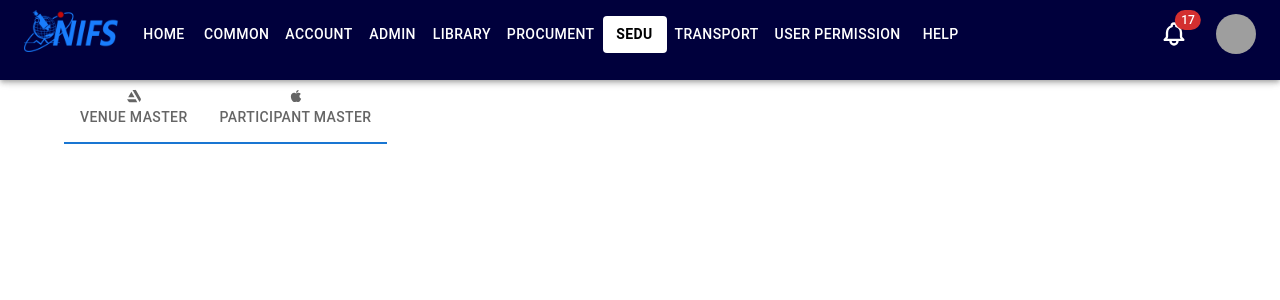
Repository: virangaj/NIFS-WebApp
Page: /sedu (app in client/)
The author's editor kept a copy of each file at every save. The page is drawn from the files as they stood at one save, then again after the next save.
The browser window is 1280 px wide. The pictures show the whole page.
Pictures or frames that could not be fetched are drawn as grey boxes. The project was rebuilt for these pictures with package versions that can differ from the ones it lists, and the page was loaded fresh each time. Also part of the build but not shown: client/src/pages/Login.tsx, client/src/pages/Home.tsx, client/src/components/Transport/shared/TransportNavbar.js, client/src/pages/TransportMainPage.tsx, client/src/pages/CommonMainPage.tsx, client/src/pages/AccountMainPage.tsx, client/src/pages/AdminMainPage.tsx, client/src/pages/LibraryMainPage.js and 4 more.

Above is the page before, as saved 2022-07-27 00:09:38.

### client/public/index.html
<!DOCTYPE html>
<html lang="en">
	<head>
		<meta charset="utf-8" />
		<link rel="icon" href="nifs_logo.png" />
		<meta name="viewport" content="width=device-width, initial-scale=1" />
		<meta name="theme-color" content="#000000" />
		<meta
			name="description"
			content="Web site created using create-react-app"
		/>
		<link rel="apple-touch-icon" href="%PUBLIC_URL%/logo192.png" />
		<!--
      manifest.json provides metadata used when your web app is installed on a
      user's mobile device or desktop. See https://developers.google.com/web/fundamentals/web-app-manifest/
    -->
		<link rel="manifest" href="%PUBLIC_URL%/manifest.json" />
		<!--
      Notice the use of %PUBLIC_URL% in the tags above.
      It will be replaced with the URL of the `public` folder during the build.
      Only files inside the `public` folder can be referenced from the HTML.

      Unlike "/favicon.ico" or "favicon.ico", "%PUBLIC_URL%/favicon.ico" will
      work correctly both with client-side routing and a non-root public URL.
      Learn how to configure a non-root public URL by running `npm run build`.
    -->
		<link
			href="https://fonts.googleapis.com/css?family=Poppins"
			rel="stylesheet"
		/>
		<title>NIFS Dashboard</title>
	</head>
	<body>
		<noscript>You need to enable JavaScript to run this app.</noscript>
		<div id="root"></div>
		<!--
      This HTML file is a template.
      If you open it directly in the browser, you will see an empty page.

      You can add webfonts, meta tags, or analytics to this file.
      The build step will place the bundled scripts into the <body> tag.

      To begin the development, run `npm start` or `yarn start`.
      To create a production bundle, use `npm run build` or `yarn build`.
    -->
	</body>
</html>

### client/src/index.css
* {
  margin: 0;
}

body {
  font-family: 'Poppins';
  -webkit-font-smoothing: antialiased;
  -moz-osx-font-smoothing: grayscale;
}

:root {
  --main-navbar-back: #00003c;

}


.nav-logo {
  width: 100px;
  height: auto;
}

/* main navbar */
.main-navbar {
  background-color: var(--main-navbar-back) !important;
  width: 100% !important;
  height: 80px !important;

}



/* secondary navbar */
.secondary-navbar {
  margin-top: 10vh !important;
  margin: auto;
}

/* body content */
.body-content {
  margin: auto;
  width: 90%;
  margin-top: 10vh;

}

.sub-body-content {
  margin: auto;
  width: 90%;
  margin-top: 3vh;
}

### client/src/App.tsx
import React, { useEffect } from 'react';
import Navbar from './components/shared/Navbar';
import Login from './pages/Login'
import { BrowserRouter as Router, Route, Routes } from 'react-router-dom'
import Home from './pages/Home';
import TransportMainPage from './pages/TransportMainPage';
import CommonMainPage from './pages/CommonMainPage';
import AccountMainPage from './pages/AccountMainPage';
import AdminMainPage from './pages/AdminMainPage';
import LibraryMainPage from './pages/LibraryMainPage';
import ProcumentMainPage from './pages/ProcumentMainPage';
import SeduMainPage from './pages/SeduMainPage';
import UserPermissionMainPage from './pages/UserPermissionMainPage';
import NotificationMainPage from './pages/NotificationMainPage';
import HelpMainPage from './pages/HelpMainPage';

function App() {


  return (
    <Router>
      <Navbar />
      <Routes>

        <Route path="/login" element={<Login />} />
        <Route path="/" element={<Home />} />
        <Route path="/common/*" element={<CommonMainPage />} />
        <Route path="/account/*" element={<AccountMainPage />} />
        <Route path="/admin/*" element={<AdminMainPage />} />
        <Route path="/library/*" element={<LibraryMainPage />} />
        <Route path="/procument/*" element={<ProcumentMainPage />} />
        <Route path="/sedu/*" element={<SeduMainPage />} />
        <Route path="/transport/*" element={<TransportMainPage />} />
        <Route
          path="/user-permission/*"
          element={<UserPermissionMainPage />}
        />
        <Route
          path="/notification/*"
          element={<NotificationMainPage />}
        />
        <Route path="/help/*" element={<HelpMainPage />} />
      </Routes>


    </Router>
  );
}

export default App;

### client/src/components/shared/Navbar.tsx
import * as React from 'react';
import AppBar from '@mui/material/AppBar';
import Box from '@mui/material/Box';
import Toolbar from '@mui/material/Toolbar';
import IconButton from '@mui/material/IconButton';
import Typography from '@mui/material/Typography';
import Menu from '@mui/material/Menu';
import Container from '@mui/material/Container';
import Avatar from '@mui/material/Avatar';
import Button from '@mui/material/Button';
import Tooltip from '@mui/material/Tooltip';
import MenuItem from '@mui/material/MenuItem';
import { HiMenuAlt2, HiOutlineBell } from "react-icons/hi";
import Badge from '@mui/material/Badge';
import Logo from '../../images/nifs_logo.png'
import { Link, useLocation } from 'react-router-dom';
const pages = [
    {
        id: 0,
        title: 'Home',
        link: '/',
    },
    {
        id: 1,
        title: 'Common',
        link: '/common',
    },
    {
        id: 2,
        title: 'Account',
        link: '/account',
    },
    {
        id: 3,
        title: 'Admin',
        link: '/admin',
    },
    {
        id: 4,
        title: 'Library',
        link: '/library',
    },
    {
        id: 5,
        title: 'Procument',
        link: '/procument',
    },
    {
        id: 6,
        title: 'SEDU',
        link: '/sedu',
    },
    {
        id: 7,
        title: 'Transport',
        link: '/transport',
    },
    {
        id: 8,
        title: 'User Permission',
        link: '/user-permission',
    },
    // {
    //     id: 9,
    //     title: 'Notification',
    //     link: '/notification',
    // },
    {
        id: 10,
        title: 'Help',
        link: '/help',
    },
];
const settings = [
    {
        id: 0,
        title: 'Login',
        link: '/login',
    },
];
const Navbar = () => {

    const location: any = useLocation();
    console.log(location.pathname.split('/')[1])


    const [anchorElNav, setAnchorElNav] = React.useState<null | HTMLElement>(null);
    const [anchorElUser, setAnchorElUser] = React.useState<null | HTMLElement>(null);

    const handleOpenNavMenu = (event: React.MouseEvent<HTMLElement>) => {
        setAnchorElNav(event.currentTarget);
    };
    const handleOpenUserMenu = (event: React.MouseEvent<HTMLElement>) => {
        setAnchorElUser(event.currentTarget);
    };

    const handleCloseNavMenu = () => {
        setAnchorElNav(null);
    };

    const handleCloseUserMenu = () => {
        setAnchorElUser(null);
    };

    return (
        <AppBar position="fixed" className="main-navbar">
            <Container maxWidth="xl">
                <Toolbar disableGutters>
                    {/*Responsive view start here  */}
                    <Box sx={{ display: { xs: 'none', md: 'flex' }, mr: 1 }}>
                        <Link to='/'>
                            <img src={Logo} alt="logo" className="nav-logo" />
                        </Link>
                    </Box>


                    <Box sx={{ flexGrow: 1, display: { xs: 'flex', md: 'none' } }}>
                        <IconButton
                            size="large"
                            aria-label="account of current user"
                            aria-controls="menu-appbar"
                            aria-haspopup="true"
                            onClick={handleOpenNavMenu}
                            color="inherit"
                        >
                            <HiMenuAlt2 />
                        </IconButton>
                        <Menu
                            id="menu-appbar"
                            anchorEl={anchorElNav}
                            anchorOrigin={{
                                vertical: 'bottom',
                                horizontal: 'left',
                            }}
                            keepMounted
                            transformOrigin={{
                                vertical: 'top',
                                horizontal: 'left',
                            }}
                            open={Boolean(anchorElNav)}
                            onClose={handleCloseNavMenu}
                            sx={{
                                display: { xs: 'block', md: 'none' },
                            }}
                        >
                            {pages && pages.map((page) => (
                                location.pathname.split('/')[1] === page.link.split('/')[1] ?
                                    <Link to={page.link} style={{ textDecoration: 'none' }} >
                                        <Button
                                            key={page.id}
                                            onClick={handleCloseNavMenu}
                                            sx={{ my: 2, color: 'white', display: 'block' }}
                                            style={{ backgroundColor: '#000', color: '#fff', fontWeight: 700 }}
                                        >
                                            {page.title}
                                        </Button>
                                    </Link>
                                    :
                                    <Link to={page.link} style={{ textDecoration: 'none' }} >
                                        <Button
                                            key={page.id}
                                            onClick={handleCloseNavMenu}
                                            sx={{ my: 2, color: 'white', display: 'block' }}
                                            style={{ backgroundColor: '#fff', color: '#000' }}
                                        >
                                            {page.title}
                                        </Button>
                                    </Link>
                            ))}
                        </Menu>
                    </Box>
                    {/* Responsive view ends here */}

                    {/* Full width starts here */}
                    <Box
                        sx={{
                            mr: 2,
                            display: { xs: 'flex', md: 'none' },
                            flexGrow: 1,
                        }}
                    >
                        <Link to='/'>
                            <img src={Logo} alt="logo" className="nav-logo" />
                        </Link>
                    </Box>

                    <Box sx={{ flexGrow: 1, display: { xs: 'none', md: 'flex' } }}>
                        {pages.map((page) => (
                            location.pathname.split('/')[1] === page.link.split('/')[1] ?
                                <Link to={page.link} style={{ textDecoration: 'none' }} >
                                    <Button
                                        key={page.id}
                                        onClick={handleCloseNavMenu}
                                        sx={{ my: 2, color: 'white', display: 'block' }}
                                        style={{ backgroundColor: '#fff', color: '#000', fontWeight: 700 }}


                                    >
                                        {page.title}
                                    </Button>
                                </Link>
                                :
                                <Link to={page.link} style={{ textDecoration: 'none' }} >
                                    <Button
                                        key={page.id}
                                        onClick={handleCloseNavMenu}
                                        sx={{ my: 2, color: 'white', display: 'block' }}

                                    >
                                        {page.title}
                                    </Button>
                                </Link>
                        ))}
                    </Box>
                    <IconButton
                        size="large"
                        aria-label="show 17 new notifications"
                        color="inherit"
                        sx={{ mr: 2 }}
                    >
                        <Badge badgeContent={17} color="error">
                            <HiOutlineBell />
                        </Badge>
                    </IconButton>
                    <Box sx={{ flexGrow: 0 }}>
                        <Tooltip title="Open settings">
                            <IconButton onClick={handleOpenUserMenu} sx={{ p: 0 }}>
                                <Avatar alt="Remy Sharp" src="/static/images/avatar/2.jpg" />
                            </IconButton>
                        </Tooltip>
                        <Menu
                            sx={{ mt: '45px' }}
                            id="menu-appbar"
                            anchorEl={anchorElUser}
                            anchorOrigin={{
                                vertical: 'top',
                                horizontal: 'right',
                            }}
                            keepMounted
                            transformOrigin={{
                                vertical: 'top',
                                horizontal: 'right',
                            }}
                            open={Boolean(anchorElUser)}
                            onClose={handleCloseUserMenu}
                        >
                            {settings && settings.map((setting) => (
                                <MenuItem key={setting.id} onClick={handleCloseUserMenu}>
                                    <Typography textAlign="center">{setting.title}</Typography>
                                </MenuItem>
                            ))}
                        </Menu>
                    </Box>
                </Toolbar>
            </Container>
        </AppBar>
    );
};
export default Navbar;

### client/src/pages/SeduMainPage.tsx
import React from 'react';
import { Route, Routes } from 'react-router-dom';
import SeduSecondaryNavbar from '../components/sedu/SeduSecondaryNavbar';
import SecondaryNavbar from '../components/shared/SecondaryNavbar';


// sedu main page where all other section of sedu department can be access from here
function SeduMainPage() {

	return <div>
		<SeduSecondaryNavbar />
		<div className="sub-body-content">
			<Routes>
				{/* <Route path="/" element={<NewRequest />} />
					<Route path="/recommend" element={<RecommendedRequest />} />
					<Route path="/approve" element={<ApproveRequest />} /> */}
			</Routes>
		</div>
	</div>;
}

export default SeduMainPage;

### client/src/components/sedu/SeduSecondaryNavbar.tsx
import { Box } from '@mui/material'
import React from 'react'
import Tabs from '@mui/material/Tabs';
import Tab from '@mui/material/Tab';
import { FaArtstation, FaApple, FaAppStoreIos } from "react-icons/fa";
function SeduSecondaryNavbar() {
    const [value, setValue] = React.useState(0);

    const handleChange = (event: React.SyntheticEvent, newValue: number) => {
        setValue(newValue);
    };
    return (
        <Box sx={{ width: '90%' }} className="secondary-navbar">
            <Tabs value={value} onChange={handleChange} aria-label="icon label tabs example">
                <div>
                    <div>

                        <Tab icon={<FaArtstation />} label="Venue Master" />
                        <Tab icon={<FaApple />} label="Participant Master" />
                    </div>
                </div>

            </Tabs>

        </Box>
    )
}

export default SeduSecondaryNavbar

Loaded but not shown: client/src/index.tsx (common file); client/src/reportWebVitals.ts (common file)

After the next save:
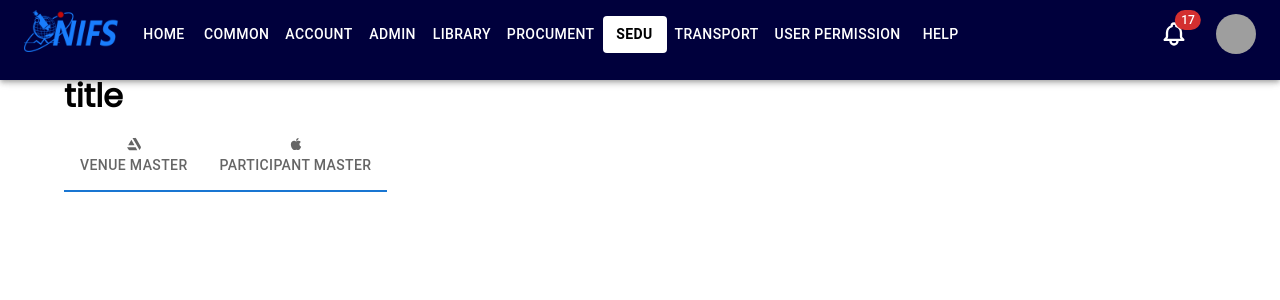
Saved 22 s later.
--- a/client/src/components/sedu/SeduSecondaryNavbar.tsx
+++ b/client/src/components/sedu/SeduSecondaryNavbar.tsx
@@ -13,6 +13,7 @@ function SeduSecondaryNavbar() {
         <Box sx={{ width: '90%' }} className="secondary-navbar">
             <Tabs value={value} onChange={handleChange} aria-label="icon label tabs example">
                 <div>
+                    <h1 className="nav-section">title</h1>
                     <div>
 
                         <Tab icon={<FaArtstation />} label="Venue Master" />
